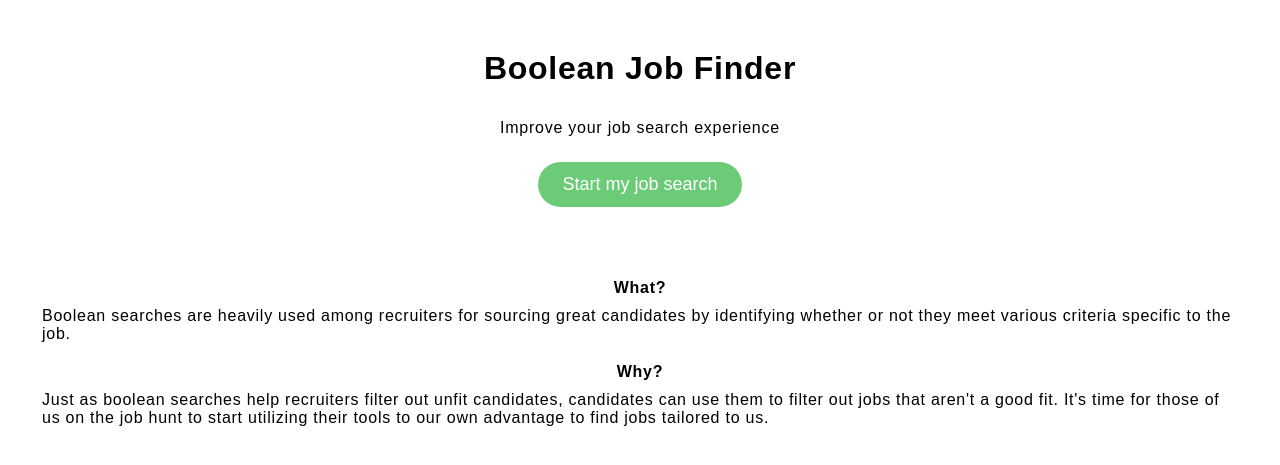
Repository: Rthompson2548/boolean-job-searcher
Page: /
These files come from the project's save history. The page is drawn as it stood at one moment and after a run of saves; the edit follows.
The browser window is 1280 px wide. The pictures show the whole page.
The project was rebuilt for these pictures with package versions that can differ from the ones it lists, and the page was loaded fresh each time.

Above is the page before, as saved 2022-04-05 14:07:14.

### public/index.html
<!DOCTYPE html>
<html lang="en">
  <head>
    <meta charset="utf-8" />
    <link rel="icon" href="%PUBLIC_URL%/favicon.ico" />
    <meta name="viewport" content="width=device-width, initial-scale=1" />
    <meta name="theme-color" content="#000000" />
    <meta
      name="description"
      content="Web site created using create-react-app"
    />
    <link rel="preconnect" href="https://fonts.googleapis.com">
    <link rel="preconnect" href="https://fonts.gstatic.com" crossorigin>
    <link href="https://fonts.googleapis.com/css2?family=Inconsolata&family=League+Spartan&display=swap" rel="stylesheet">

    <title>React App</title>
  </head>
  <body>
    <noscript>You need to enable JavaScript to run this app.</noscript>
    <div id="root"></div>
    <!--
      This HTML file is a template.
      If you open it directly in the browser, you will see an empty page.

      You can add webfonts, meta tags, or analytics to this file.
      The build step will place the bundled scripts into the <body> tag.

      To begin the development, run `npm start` or `yarn start`.
      To create a production bundle, use `npm run build` or `yarn build`.
    -->
  </body>
</html>

### src/App.js
import "./styles.css";
// import { CopyToClipboard } from "react-copy-to-clipboard";
import React, { useState, useEffect, useRef } from "react";



export default function App() {
  let searchCategories = [
    "Experience",
    "Location",
    "Tech Stack",
    "Title",
    "Technologies",
    "Company"
  ];

let defaultCategories = [
  {
    id: 1,
    name: "Experience",
    placeholders: ["Junior", "Entry", "Grad", "Student"]
  },
  {
    id: 2,
    name: "Location",
    placeholders: ["Junior", "Entry", "Grad", "Student"]
  },
  {
    id: 3,
    name: "End",
    placeholders: ["Junior", "Entry", "Grad", "Student"]
  },
  {
    id: 4,
    name: "Title",
    placeholders: ["Junior", "Entry", "Grad", "Student"]
  },
  {
    id: 5,
    name: "Technologies",
    placeholders: ["Junior", "Entry", "Grad", "Student"]
  },
  {
    id: 6,
    name: "Company Name",
    placeholders: ["Junior", "Entry", "Grad", "Student"]
  }
];


const [copyString, setCopyString] = useState("");
const [addCategory, setAddCategory] = useState(false);
const [addCategoryBtnText, setAddCategoryBtnText] = useState(
"Start my job search"
)
const [category, setCategory] = useState("");
const [categoryChosen, setCategoryChosen] = useState(false);
const [categoryOptions, setCategoryOptions] = useState(false);
const [showCategoryForm, setShowCategoryForm] = useState(false);
const [showNewCategoryButton, setShowNewCategoryButton] = useState(true);
const [showName, setShowName] = useState(false);
const [showForm, setShowForm] = useState(false);
const [showAddWordBtn, setShowAddWordBtn] = useState(false)
const [word, setWord] = useState("");
const [list, setList] = useState([]);
const [show, setShow] = useState(false);
const [finishBtn, setFinishBtn] = useState(false);
const [finished, setFinished] = useState(false);
const [result, setResult] = useState([]);
const [doneWarning, setDoneWarning] = useState(false);
const [goodbyeMessage, setGoodbyeMessage] = useState(false);


const handleNewCategory = () => {
  setCategory("");
  setAddCategoryBtnText("Add a category");
  setShowNewCategoryButton(false);
  setFinishBtn(false);
  setCategoryOptions(true);
  setCategoryChosen(false);
};



const handleCustomCategory = () => {
  setShowCategoryForm(true);
  setCategoryOptions(false);
};


const handleCategoryNameChange = event => {
  setCategory(event.target.value);
};

const submitCategory = () => {
  setAddCategory(false);
  setShowName(true);
  setShowNewCategoryButton(false);
  setShowAddWordBtn(true);
  setShowForm(true);
  setShowCategoryForm(false);
};


const handleAddWord = () => {
  setShowForm(true);
  setCategoryOptions(false);
  setCategoryChosen(true);
};


const handleCategoryClick = event => {
  setCategory(event.target.value);
  setCategoryChosen(true);
};


const handleWordChange = event => {
  setWord(event.target.value);
};


  const [noLetters, setNoLetters] = useState(false);

  const submitAsteriskWord = () => {
    if (word.length <= 1) {
      setNoLetters(true);
    } else {
      setList((prevList) => [...prevList, `"${word}*"`]);
      setWord("");
      setShow(true);
      console.log(word);
    }
  };

  const submitWord = () => {
    if (word.length <= 1) {
      setNoLetters(true);
    } else {
      setList((prevList) => [...prevList, `"${word}"`]);
      setWord("");
      setShow(true);
      console.log(word);
    }
  };

  useEffect(() => {
    setCategory(category);
  }, [category]);

  let booleanString = `(${list.join(" OR ")})`;

  const handleSubmitCategoryWords = () => {
    setShowNewCategoryButton(true);
    setShow(false);
    setShowName(false);
    setShowForm(false);
    setFinishBtn(true);
    setResult((previousResult) => [...previousResult, booleanString]);
    console.log(result.join(" AND "));
    console.log(`list: ${list}`);
    setList([]);
    console.log(`list: ${list}`);
    setCopyString(result.join(" AND "));
  };

  const handleGenerateString = () => {
    setFinished(true);
    setFinishBtn(false);
    setShowNewCategoryButton(false);
    setDoneWarning(false);
    // setGoodbyeMessage(true);
  };

const handleDone = () => {
  setDoneWarning(true);
  setFinished(false);
};


const handleConfirmFinished = () => {
  setDoneWarning(false);
  setGoodbyeMessage(true);
  setShow(false);
  setFinished(false);
};



  return (
    <div className="App">
      <div className="header">
        <h1 className="app-title">Boolean Job Finder</h1>
        <p>Improve your job search experience</p>
        <button className="start-btn" onClick={handleNewCategory}>
          {addCategoryBtnText}
        </button>

      </div>
      <div>
    </div>


      {categoryOptions === true && (
        <div>
          <div>
<p className="pick-a-category-txt">Click a category below to start</p>


            {/* iterates through array of category names and returns a button for each */}
            <div className="category-btns">
              {searchCategories.map((value, i) => (
                <button
                  id="category-btn"
                  className="category-btn"
                  key={i}
                  value={searchCategories[i]}
                  onClick={handleCategoryClick}
                >
                  {value}
                </button>
              ))}

            </div>

{
  categoryChosen === true && (
    <button className="continue-btn" onClick={handleAddWord}>
      Continue
    </button>
  )
}
          </div>
        </div>
      )}

{
  showCategoryForm === true && (
    <div>
      <label>Enter a custom category name</label>
      <input
        placeholder="Enter category name"
        onChange={handleCategoryNameChange}
        value={category}
      />

<button onClick={submitCategory}>Submit</button>;

    </div>
  )
}

      {showForm === true && (
        <div className="keyword-form">
          <h1>{category}</h1>

          <div className="keyword-form-info">
            <div>
              <label>Enter 1 or more keywords</label>
            </div>
            <input
              placeholder="Enter two or more letters..."
              value={word}
              onChange={handleWordChange}
            />
          </div>

          <div className="keyword-btns">
            <button onClick={submitWord}>Include exact keyword</button>
            <button onClick={submitAsteriskWord}>
              Include similar keywords
            </button>

          </div>


        </div>
      )}

      {show === true && (
        <div className="keyword-string">
          <h4>{booleanString}</h4>
        </div>
      )}

      {showForm === true && (
        <div>
          <button className="continue-btn" onClick={handleSubmitCategoryWords}>
            Continue
          </button>
        </div>
      )}

      {showNewCategoryButton === true && (
        <div>
          <div className="what-why">
            <div>
              <h4>What?</h4>
              <p>
                Boolean searches are heavily used among recruiters for sourcing great
                candidates by identifying whether or not they meet various criteria specific
                to the job.
              </p>
            </div>
            <div>
              <h4>Why?</h4>
              <p>
                Just as boolean searches help recruiters filter out unfit candidates, candidates can use them to filter out jobs that aren't a good fit. It's time for those of us on the job hunt to start utilizing their tools to our own advantage to find jobs tailored to us.
              </p>
            </div>
          </div>


        </div>
      )}


      {finishBtn === true && (
        <div>
          <button className="done-btn" onClick={handleGenerateString}>
            Submit
          </button>
        </div>
      )}

      {finished === true && (
        <div className="boolean-string">
          <p value={copyString}>{result.join(" AND ")}</p>
          <button className="done-btn" onClick={handleDone}>
            Done
          </button>
        </div>
      )}

      {doneWarning === true && (
        <div className="boolean-string">
          <p>Are you sure? This cannot be undone</p>
          <button className="done-btn" onClick={handleConfirmFinished}>
            Yes, I am done
          </button>
        </div>
      )}

      {goodbyeMessage === true && (
        <div className="goodye-msg boolean-string">
<p>Goodbye!</p>;

          <button
            className="start-btn"
            onClick={() => window.location.reload(false)}
          >
            Home
          </button>
        </div>
      )}
    </div>
  );
}

### src/styles.css
* {
  margin: 0;
  padding: 0;
  background-color: #fff;
  color: #000;
  /* padding: 18px 0; */
}

.App {
  font-family: sans-serif;
  text-align: center;
  letter-spacing: 0.75px;
}

.header {
  line-height: 2rem;
  letter-spacing: 0.75px;
  padding: 52px 0;
}

img {
  width: 250px;
  height: auto;
}

button {
  /* width: 300px; */
  border-radius: 25px;
  background-color: #fff;
  color: #000;
  border: none;
  margin: 18px 0 0 0;
  font-size: 18px;
}

.app-title {
  margin-bottom: 28px;
  font-size: 32px;
}

h3 {
  font-size: 22px;
}


.what-why p {
  text-align: left !important;
  padding: 0 42px;
}

.what-why h4 {
  margin: 20px 0 10px 0;
}

.what-why div {

}

.start-btn {
  background-color: #6bcb77 !important;
  color: #fff;
  font-size: 18px;
  vertical-align: middle;
  padding: 12px 24px;
}

.pick-a-category-txt {
  font-size: 18px;
  margin-bottom: 12px;
}

input {
  background-color: #fff;
  font-size: 18px;
  color: #000;
  width: 260px;
  border: 1.5px solid black;
  border-radius: 25px;
}

label {
  font-size: 20px;
}

.category-btns {
  /* center the element */
  right: 0;
  left: 0;
  margin-right: auto;
  margin-left: auto;
  display: flex;
  flex-direction: column;
  align-items: center;
}

.category-btns button {
  background-color: #ff6b6b;
  color: #fff;
  padding: 12px 42px;
  width: 300px;
}

.category-buttons button:active,
button:focus {
  /* color: #fff !important;
  background-color: #FFD93D !important; */
}

.category-buttons button:visited:after {
  color: #fff !important;
  background-color: #000 !important;
}

.continue-btn {
  background-color: #4d96ff;
  color: #fff;
}

.keyword-form-info {
  margin-top: 24px;
}

.keyword-form-info input {
  padding: 10px 24px 10px 10px;
  margin-top: 16px;
}

.keyword-btns {
  display: flex;
  flex-direction: column;
  align-items: center;
  margin: 10px 0 24px 0;
}

.keyword-btns button {
  background-color: #ff6b6b;
  color: #fff;
  font-size: 18px;
}

.keyword-string {
  padding: 20px;
  font-size: 20px;
  line-height: 2rem;
}

.goodye-msg {
  /* padding-top: 25%; */
  font-size: 42px !important;
}

.goodye-msg button {
  /* background-color: #4D96FF !important; */
  /* vertical-align: middle !important; */
}

.boolean-string {
  font-size: 32px;
  font-weight: bold;
  padding-top: 10%;
}


.boolean-string button {
  background-color: #fa58bc;
  color: #fff;
}

.done-btn {
  background-color: #4d96ff !important;
  color: #fff;
  font-size: 22px;
  vertical-align: middle;
  width: 400px;
  padding: 20px 0;
  margin-top: 36px;
}

.home-btn {
  background-color: #6bcb77 !important;
}

Loaded but not shown: src/index.js (common file); src/index.css (no stored copy; drawn as an empty file)

After the next 2 saves:
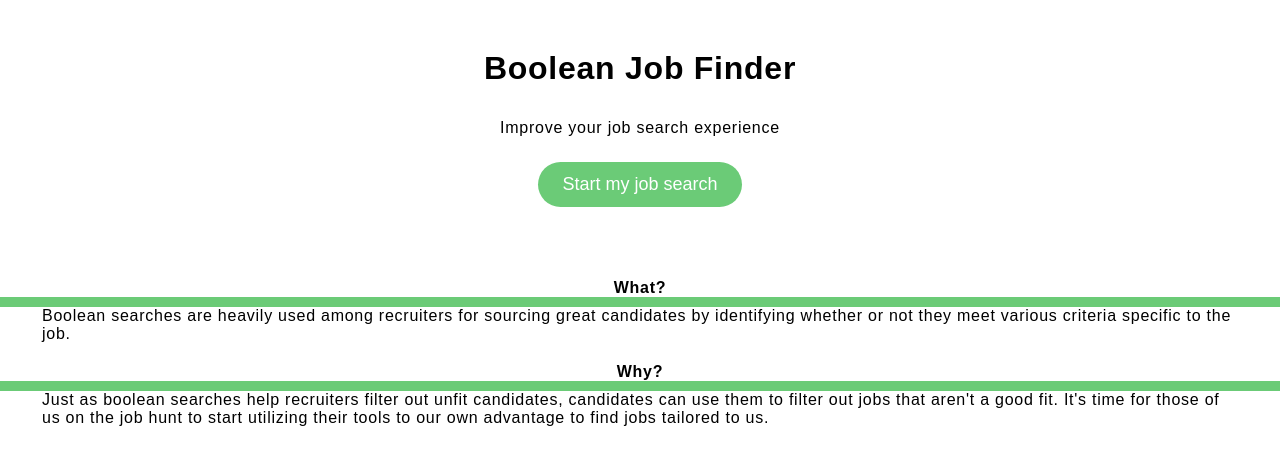
The 2 saves are shown as one change because they came seconds apart.
The last was saved 8 s later.
--- a/src/styles.css
+++ b/src/styles.css
@@ -53,7 +53,7 @@ h3 {
 }
 
 .what-why div {
-
+  background-color: #6bcb77;
 }
 
 .start-btn {
